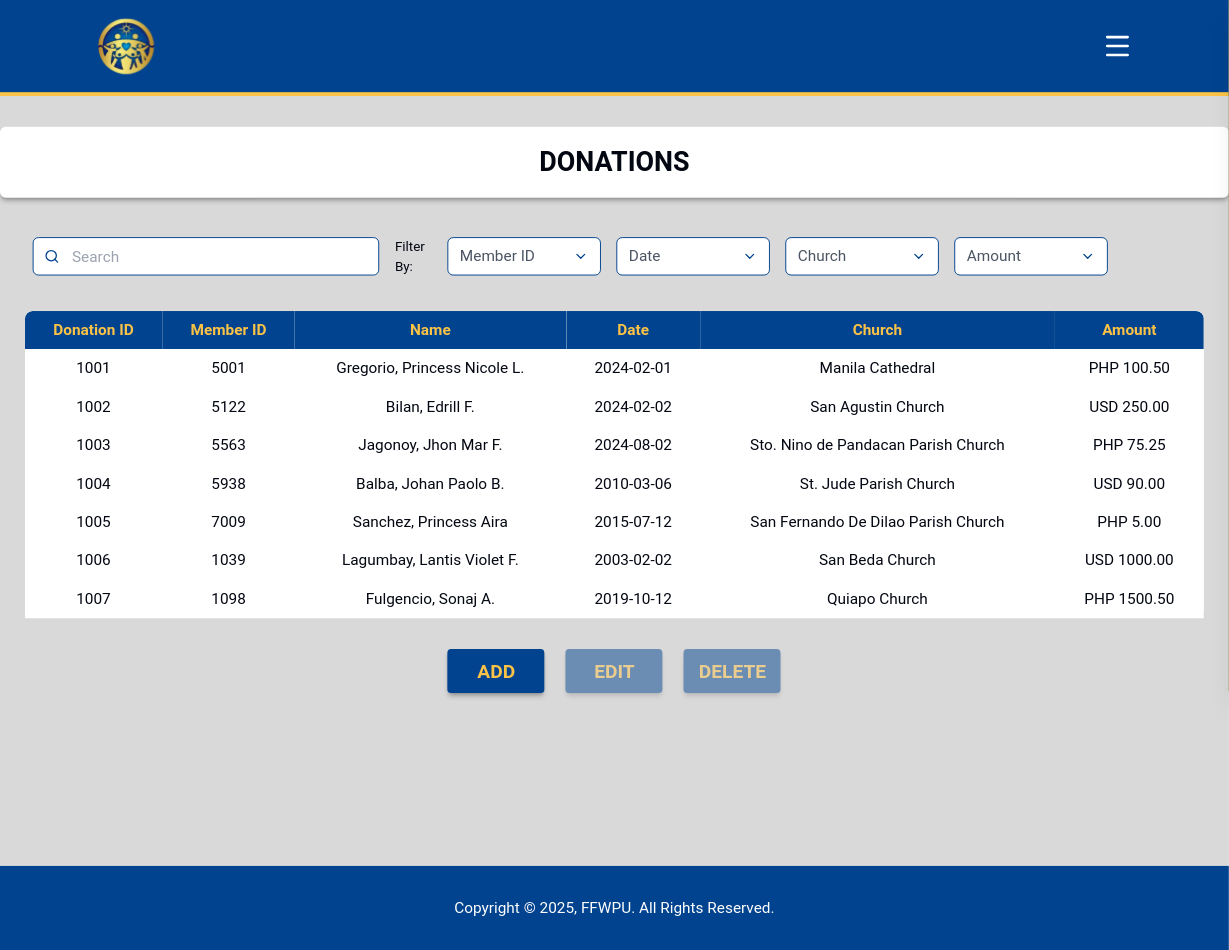
Repository: CoderTofu/FFWPU_System
Page: /donation
These files come from the project's save history. The page is drawn as it stood at one moment and after the next save; the edit follows.
The browser window is 1280 px wide. The pictures show the whole page, at 96% of full size.
The project was rebuilt for these pictures with package versions that can differ from the ones it lists, and the page was loaded fresh each time. The framework's server and built-in components were replaced by stand-ins that run in the browser. Also part of the build but not shown: next.config.ts, src/components/NavbarPublic.tsx, src/components/FooterPublic.tsx, src/lib/utils.ts, src/components/ui/dialog.tsx, src/components/ui/button.tsx, src/components/Modal.tsx.

Above is the page before, as saved 2025-03-07 07:21:10.

### src/app/layout.tsx
import type { Metadata } from "next";
import "./globals.css";
import Preloader from "../components/Preloader";
import LayoutWrapper from "@/components/LayoutWrapper";

export const metadata: Metadata = {
  title: "FFWPU-System",
  description: "Created to help the FFWPU organization",
};

export default function RootLayout({
  children,
}: Readonly<{ children: React.ReactNode }>) {
  return (
    <html lang="en">
      <link rel="icon" href="/icons/ffwpu_icon.svg" sizes="any" />
      <body className="antialiased min-h-screen flex flex-col bg-[#f1f1f1]">
        <Preloader />
        <LayoutWrapper>{children}</LayoutWrapper>
      </body>
    </html>
  );
}

### src/app/globals.css
@tailwind base;
@tailwind components;
@tailwind utilities;

@import url("https://fonts.googleapis.com/css2?family=Roboto:ital,wght@0,100..900;1,100..900&display=swap");

:root {
  --roboto-font: "Roboto", "arial";
}

* {
  font-family: var(--roboto-font);
}



@layer base {
  :root {
    --background: 0 0% 100%;
    --foreground: 224 71.4% 4.1%;
    --card: 0 0% 100%;
    --card-foreground: 224 71.4% 4.1%;
    --popover: 0 0% 100%;
    --popover-foreground: 224 71.4% 4.1%;
    --primary: 220.9 39.3% 11%;
    --primary-foreground: 210 20% 98%;
    --secondary: 220 14.3% 95.9%;
    --secondary-foreground: 220.9 39.3% 11%;
    --muted: 220 14.3% 95.9%;
    --muted-foreground: 220 8.9% 46.1%;
    --accent: 220 14.3% 95.9%;
    --accent-foreground: 220.9 39.3% 11%;
    --destructive: 0 84.2% 60.2%;
    --destructive-foreground: 210 20% 98%;
    --border: 220 13% 91%;
    --input: 220 13% 91%;
    --ring: 224 71.4% 4.1%;
    --chart-1: 12 76% 61%;
    --chart-2: 173 58% 39%;
    --chart-3: 197 37% 24%;
    --chart-4: 43 74% 66%;
    --chart-5: 27 87% 67%;
    --radius: 0.5rem;
  }
  .dark {
    --background: 224 71.4% 4.1%;
    --foreground: 210 20% 98%;
    --card: 224 71.4% 4.1%;
    --card-foreground: 210 20% 98%;
    --popover: 224 71.4% 4.1%;
    --popover-foreground: 210 20% 98%;
    --primary: 210 20% 98%;
    --primary-foreground: 220.9 39.3% 11%;
    --secondary: 215 27.9% 16.9%;
    --secondary-foreground: 210 20% 98%;
    --muted: 215 27.9% 16.9%;
    --muted-foreground: 217.9 10.6% 64.9%;
    --accent: 215 27.9% 16.9%;
    --accent-foreground: 210 20% 98%;
    --destructive: 0 62.8% 30.6%;
    --destructive-foreground: 210 20% 98%;
    --border: 215 27.9% 16.9%;
    --input: 215 27.9% 16.9%;
    --ring: 216 12.2% 83.9%;
    --chart-1: 220 70% 50%;
    --chart-2: 160 60% 45%;
    --chart-3: 30 80% 55%;
    --chart-4: 280 65% 60%;
    --chart-5: 340 75% 55%;
  }
}



@layer base {
  * {
    @apply border-border outline-ring/50;
  }
  body {
    @apply bg-background text-foreground;
  }
}

### src/components/Preloader.tsx
"use client";

import { useState, useEffect } from "react";

export default function Preloader() {
  const [loading, setLoading] = useState(true);

  useEffect(() => {
    const timer = setTimeout(() => {
      setLoading(false);
    }, 1000); // Adjust this time as needed

    return () => clearTimeout(timer);
  }, []);

  if (!loading) return null;

  return (
    <div className="fixed inset-0 z-50 flex items-center justify-center bg-white">
      <div className="h-16 w-16 animate-spin rounded-full border-4 border-solid border-primary border-t-transparent"></div>
    </div>
  );
}

### src/components/LayoutWrapper.tsx
"use client";

import { usePathname } from "next/navigation";
import NavbarPublic from "@/components/navbarPublic";
import NavbarPrivate from "@/components/navbarPrivate";
import FooterPublic from "@/components/footerPublic";
import FooterPrivate from "@/components/footerPrivate";

export default function LayoutWrapper({
  children,
}: {
  children: React.ReactNode;
}) {
  const pathname = usePathname();

  // Define private routes
  const isPublic =
    pathname.startsWith("/about") ||
    pathname.startsWith("/contact") ||
    pathname.startsWith("/login") ||
    pathname.endsWith("/"); // Home page

  return (
    <>
      {isPublic ? <NavbarPublic /> : <NavbarPrivate />}
      <main className="min-h-screen flex-grow">{children}</main>
      {isPublic ? <FooterPublic /> : <FooterPrivate />}
    </>
  );
}

### src/components/Table.tsx
"use client";  // Sabi ni chatgpt need ito hahaha

import React, { useState, useEffect, useRef } from "react";
import { useRouter } from "next/navigation";

interface TableProps {
  data: { [key: string]: any }[];
  columns: { [key in "lg" | "md" | "sm"]: string[] };
  rowDoubleClickPath?: string; // Path where the row should redirect
  onRowSelect?: (row: any | null) => void;
}

const Table: React.FC<TableProps> = ({ data, columns, rowDoubleClickPath, onRowSelect}) => {
  const [tableSize, setTableSize] = useState<"lg" | "md" | "sm">("lg");
  const [selectedRow, setSelectedRow] = useState<number | null>(null);
  const router = useRouter();
  const tableRef = useRef<HTMLDivElement>(null);

  // Automatically update table size based on screen width
  useEffect(() => {
    const updateTableSize = () => {
      const width = window.innerWidth;
      if (width >= 1024) setTableSize("lg");
      else if (width >= 768) setTableSize("md");
      else setTableSize("sm");
    };

    updateTableSize(); // Set initial size
    window.addEventListener("resize", updateTableSize);
    return () => window.removeEventListener("resize", updateTableSize);
  }, []);

  const visibleHeaders = columns[tableSize];

  {/*Handles Single Click Selection*/}
  const handleRowClick = (index: number, row: any) => {
    setSelectedRow(index);
    if (onRowSelect) {
      onRowSelect(row); // Send selected row to parent component
    }
  };

  {/*Handles Clicks Outside Rows to Deselect*/}
  useEffect(() => {
    const handleClickOutside = (event: MouseEvent) => {
      if (tableRef.current && !tableRef.current.contains(event.target as Node)) {
        setSelectedRow(null);
        if (onRowSelect) {
          onRowSelect(null); // Notify parent
        }
      }
    };

    document.addEventListener("click", handleClickOutside);
    return () => document.removeEventListener("click", handleClickOutside);
  }, []);

  {/*Handles Double Click Redirection*/}
  const handleRowDoubleClick = (row: any) => {
    if (rowDoubleClickPath) {
      router.push(`${rowDoubleClickPath}/${row.ID}`); // Redirect with ID in URL
    }
  };

  return (
    <div ref={tableRef} className="overflow-x-auto min-h-[300px] max-h-[450px] overflow-y-auto rounded-lg">
      <table className="min-w-full border-gray-300 bg-white rounded-lg">
        {/* Table Head */}
        <thead className="bg-gray-200 sticky top-0">
          <tr className="bg-[#01438F] text-[#FCC346] cursor-pointer">
            {visibleHeaders.map((header) => (
              <th key={header} className="px-4 py-2 text-center top-0">
                {header}
              </th>
            ))}
          </tr>
        </thead>

        {/* Table Body */}
        <tbody>
          {data.map((row, index) => (
            <tr key={index} className={`cursor-pointer transition
              ${selectedRow === index ? "bg-[#E7E6E6]" : "hover:bg-[#E7E6E6]"}`}
            onClick={() => handleRowClick(index, row)}
            onDoubleClick={() => handleRowDoubleClick(row)}>
              {visibleHeaders.map((header) => (
                <td key={header} className="px-4 py-2 text-center">
                  {row[header] ?? "-"}
                </td>
              ))}
            </tr>
          ))}
        </tbody>
      </table>
    </div>
  );
};

export default Table;

### src/components/DonationModals.tsx
// DonationModals.tsx
"use client";
import { useRef, useEffect, useState } from "react";
import { ChevronDown, Search } from "lucide-react";

interface DataItem {
  "Donation ID": number;
  "Member ID": number;
  Name: string;
  Date: string;
  Church: string;
  Amount: string;
}

interface FilterDropdownProps {
  handleSort: (key: keyof DataItem, order: "asc" | "desc" | "USD" | "PHP" | "ALL") => void;
  selectedCurrency: string | null;
  setSelectedCurrency: (currency: string | null) => void;
  openSortDropdown: string | null;
  openCurrencyDropdown: boolean;
  toggleSortDropdown: (dropdown: string | null) => void;
  setOpenCurrencyDropdown: (open: boolean) => void;
}

export default function DonationModals({
  handleSort,
  selectedCurrency,
  setSelectedCurrency,
  openSortDropdown,
  openCurrencyDropdown,
  toggleSortDropdown,
  setOpenCurrencyDropdown,
}: FilterDropdownProps) {
  const dropdownRef = useRef<HTMLDivElement>(null);
  const [selectedFilters, setSelectedFilters] = useState<{ [key: string]: string }>({});

  useEffect(() => {
    const handleClickOutside = (event: MouseEvent) => {
      if (dropdownRef.current && !dropdownRef.current.contains(event.target as Node)) {
        toggleSortDropdown(null);
        setOpenCurrencyDropdown(false);
      }
    };
    document.addEventListener("mousedown", handleClickOutside);
    return () => document.removeEventListener("mousedown", handleClickOutside);
  }, [toggleSortDropdown, setOpenCurrencyDropdown]);

  const filterKeyMap: { [key: string]: keyof DataItem } = {
    "Member ID": "Member ID",
    Date: "Date",
    Church: "Church",
    Amount: "Amount",
  };

  return (
    <div className="flex items-center gap-4 w-full flex-wrap sm:flex-nowrap">
      <div className="relative w-auto sm:w-[250px] md:w-[300px] lg:w-[500px]">
        <Search className="absolute left-3 top-1/2 transform -translate-y-1/2 w-4 h-4 text-[#01438F]" />
        <input
          className="w-full h-10 pl-10 border border-[#01438F] rounded-md outline-none"
          type="text"
          placeholder="Search"
        />
      </div>

      <span className="text-[14px]">Filter By:</span>

      <div ref={dropdownRef} className="flex items-center gap-4">
        {["Member ID", "Date", "Church"].map((filter) => (
          <div key={filter} className="relative">
            <button
              onClick={() => toggleSortDropdown(openSortDropdown === filter ? null : filter)}
              className="w-[120px] md:w-[140px] lg:w-[160px] h-10 border border-[#01438F] rounded-md px-3 outline-none bg-white text-gray-600 flex justify-between items-center"
            >
              {filter}
              <ChevronDown className="w-4 h-4 text-[#01438F]" />
            </button>

            {openSortDropdown === filter && (
              <div className="absolute mt-1 w-full bg-white border border-[#01438F] rounded-md shadow-md z-10">
                <label className="flex items-center px-3 py-2 hover:bg-gray-200 hover:rounded-sm">
                  <input
                    type="radio"
                    name={filter}
                    className="mr-2"
                    checked={selectedFilters[filter] === "Ascending"}
                    onChange={() => {
                      setSelectedFilters({ ...selectedFilters, [filter]: "Ascending" });
                      handleSort(filterKeyMap[filter], "asc");
                      toggleSortDropdown(null);
                    }}
                  />
                  Ascending
                </label>
                <label className="flex items-center px-3 py-2 hover:bg-gray-200 hover:rounded-sm">
                  <input
                    type="radio"
                    name={filter}
                    className="mr-2"
                    checked={selectedFilters[filter] === "Descending"}
                    onChange={() => {
                      setSelectedFilters({ ...selectedFilters, [filter]: "Descending" });
                      handleSort(filterKeyMap[filter], "desc");
                      toggleSortDropdown(null);
                    }}
                  />
                  Descending
                </label>
              </div>
            )}
          </div>
        ))}

        <div className="relative">
          <button
            onClick={() => setOpenCurrencyDropdown(!openCurrencyDropdown)}
            className="w-[120px] md:w-[140px] lg:w-[160px] h-10 border border-[#01438F] rounded-md px-3 outline-none bg-white text-gray-600 flex justify-between items-center"
          >
            Amount
            <ChevronDown className="w-4 h-4 text-[#01438F]" />
          </button>

          {openCurrencyDropdown && (
            <div className="absolute mt-1 w-full bg-white border border-[#01438F] rounded-md shadow-md z-10">
              <label className="flex items-center px-3 py-2 hover:bg-gray-200 hover:rounded-sm">
                <input
                  type="radio"
                  name="currency"
                  className="mr-2"
                  checked={selectedCurrency === "USD"}
                  onChange={() => {
                    setSelectedCurrency("USD");
                    handleSort("Amount", "USD");
                    setOpenCurrencyDropdown(false);
                  }}
                />
                USD
              </label>
              <label className="flex items-center px-3 py-2 hover:bg-gray-200 hover:rounded-sm">
                <input
                  type="radio"
                  name="currency"
                  className="mr-2"
                  checked={selectedCurrency === "PHP"}
                  onChange={() => {
                    setSelectedCurrency("PHP");
                    handleSort("Amount", "PHP");
                    setOpenCurrencyDropdown(false);
                  }}
                />
                PHP
              </label>
              <label className="flex items-center px-3 py-2 hover:bg-gray-200 hover:rounded-sm">
                <input
                  type="radio"
                  name="currency"
                  className="mr-2"
                  checked={selectedCurrency === null}
                  onChange={() => {
                    setSelectedCurrency(null);
                    handleSort("Amount", "ALL");
                    setOpenCurrencyDropdown(false);
                  }}
                />
                All
              </label>
            </div>
          )}
        </div>
      </div>
    </div>
  );
}

### src/components/NavbarPrivate.tsx
/* eslint-disable @next/next/no-img-element */
"use client";

import { useState, useEffect } from "react";
import { Menu, X, ArrowRight, CircleUserRound } from "lucide-react"; // Added more icons

export default function NavbarPublic() {
  const [isSidebarOpen, setIsSidebarOpen] = useState(false);

  // Prevent scrolling when sidebar is open
  useEffect(() => {
    if (isSidebarOpen) {
      document.body.style.overflow = "hidden";
    } else {
      document.body.style.overflow = "unset";
    }
    return () => {
      document.body.style.overflow = "unset";
    };
  }, [isSidebarOpen]);

  const navItems = [
    { name: "Member Information", href: "/member" },
    { name: "Worship Event", href: "/worship" },
    { name: "Blessings Management", href: "/blessing" },
    { name: "Donations", href: "/donation" },
    { name: "Reporting", href: "/reporting" },
    { name: "CMS", href: "/cms" },
  ];

  return (
    <div className="bg-[#01438F] border-b-4 border-[#FCC346] text-white p-4 px-[100px] min-h-[100px] flex justify-between items-center">
      {/* Logo */}
      <div className="flex gap-4 items-center">
        <a href={"/"}>
          <img
            src="/icons/ffwpu_icon.svg"
            className="h-full w-auto"
            alt="Site Icon"
          />
        </a>
      </div>

      {/* Mobile Menu Button */}
      <button
        className="transition-transform duration-200 ease-in-out hover:scale-110"
        onClick={() => setIsSidebarOpen(true)}
      >
        <Menu className="w-8 h-8" />
      </button>

      {/* Sidebar (Mobile Navigation) */}
      <div
        className={`z-50 fixed top-0 right-0 w-64 h-full ${
          isSidebarOpen ? "translate-x-0" : "translate-x-full"
        } bg-[#01438F] shadow-xl p-6 flex flex-col gap-6 text-lg transition-all duration-300 border-yellow-400 border-l-8`}
      >
        <div className="flex justify-between items-center mb-8">
          <h2 className="text-2xl font-bold text-yellow-400">FFWPU</h2>
          <button
            className="transition-transform duration-200 ease-in-out hover:scale-110 hover:rotate-90"
            onClick={() => setIsSidebarOpen(false)}
          >
            <X className="w-8 h-8" />
          </button>
        </div>

        <div className="flex flex-col justify-center items-center">
          <CircleUserRound className="w-28 h-28" />
          <h3 className="mt-1 text-xl font-light italic text-center">
            Welcome, <br />
            Admin!
          </h3>
        </div>

        {navItems.map((item, index) => (
          <a
            key={item.name + index}
            className="flex items-center hover:bg-blue-700 p-2 rounded-md transition-all duration-200 hover:translate-x-2 text-base"
            href={item.href}
            onClick={() => setIsSidebarOpen(false)}
          >
            {item.name}
          </a>
        ))}

        <a
          href={"/"}
          className="mt-auto transition-all duration-200 hover:scale-110 justify-center items-center flex "
        >
          <ArrowRight className="w-12 h-12" />
        </a>
      </div>

      {/* Overlay */}
      {isSidebarOpen && (
        <div
          className="fixed inset-0 bg-black bg-opacity-50 z-40 transition-opacity duration-300 ease-in-out"
          onClick={() => setIsSidebarOpen(false)}
        />
      )}
    </div>
  );
}

### src/components/FooterPrivate.tsx
export default function FooterPrivate() {
  return (
    <div className="bg-[#01438F] text-white p-8 text-center">
      Copyright © 2025, FFWPU. All Rights Reserved.
    </div>
  );
}

### tailwind.config.ts
import type { Config } from "tailwindcss";

export default {
    darkMode: ["class"],
    content: [
    "./src/pages/**/*.{js,ts,jsx,tsx,mdx}",
    "./src/components/**/*.{js,ts,jsx,tsx,mdx}",
    "./src/app/**/*.{js,ts,jsx,tsx,mdx}",
    "./src/components/*.{js,ts,jsx,tsx,mdx}",
  ],
  theme: {
  	extend: {
  		borderRadius: {
  			lg: 'var(--radius)',
  			md: 'calc(var(--radius) - 2px)',
  			sm: 'calc(var(--radius) - 4px)'
  		},
  		colors: {
  			background: 'hsl(var(--background))',
  			foreground: 'hsl(var(--foreground))',
  			card: {
  				DEFAULT: 'hsl(var(--card))',
  				foreground: 'hsl(var(--card-foreground))'
  			},
  			popover: {
  				DEFAULT: 'hsl(var(--popover))',
  				foreground: 'hsl(var(--popover-foreground))'
  			},
  			primary: {
  				DEFAULT: 'hsl(var(--primary))',
  				foreground: 'hsl(var(--primary-foreground))'
  			},
  			secondary: {
  				DEFAULT: 'hsl(var(--secondary))',
  				foreground: 'hsl(var(--secondary-foreground))'
  			},
  			muted: {
  				DEFAULT: 'hsl(var(--muted))',
  				foreground: 'hsl(var(--muted-foreground))'
  			},
  			accent: {
  				DEFAULT: 'hsl(var(--accent))',
  				foreground: 'hsl(var(--accent-foreground))'
  			},
  			destructive: {
  				DEFAULT: 'hsl(var(--destructive))',
  				foreground: 'hsl(var(--destructive-foreground))'
  			},
  			border: 'hsl(var(--border))',
  			input: 'hsl(var(--input))',
  			ring: 'hsl(var(--ring))',
  			chart: {
  				'1': 'hsl(var(--chart-1))',
  				'2': 'hsl(var(--chart-2))',
  				'3': 'hsl(var(--chart-3))',
  				'4': 'hsl(var(--chart-4))',
  				'5': 'hsl(var(--chart-5))'
  			}
  		}
  	}
  },
  plugins: [require("tailwindcss-animate")],
} satisfies Config;

Loaded but not shown: src/app/(private)/donation/page.tsx (178 lines, source omitted)

After the next save:
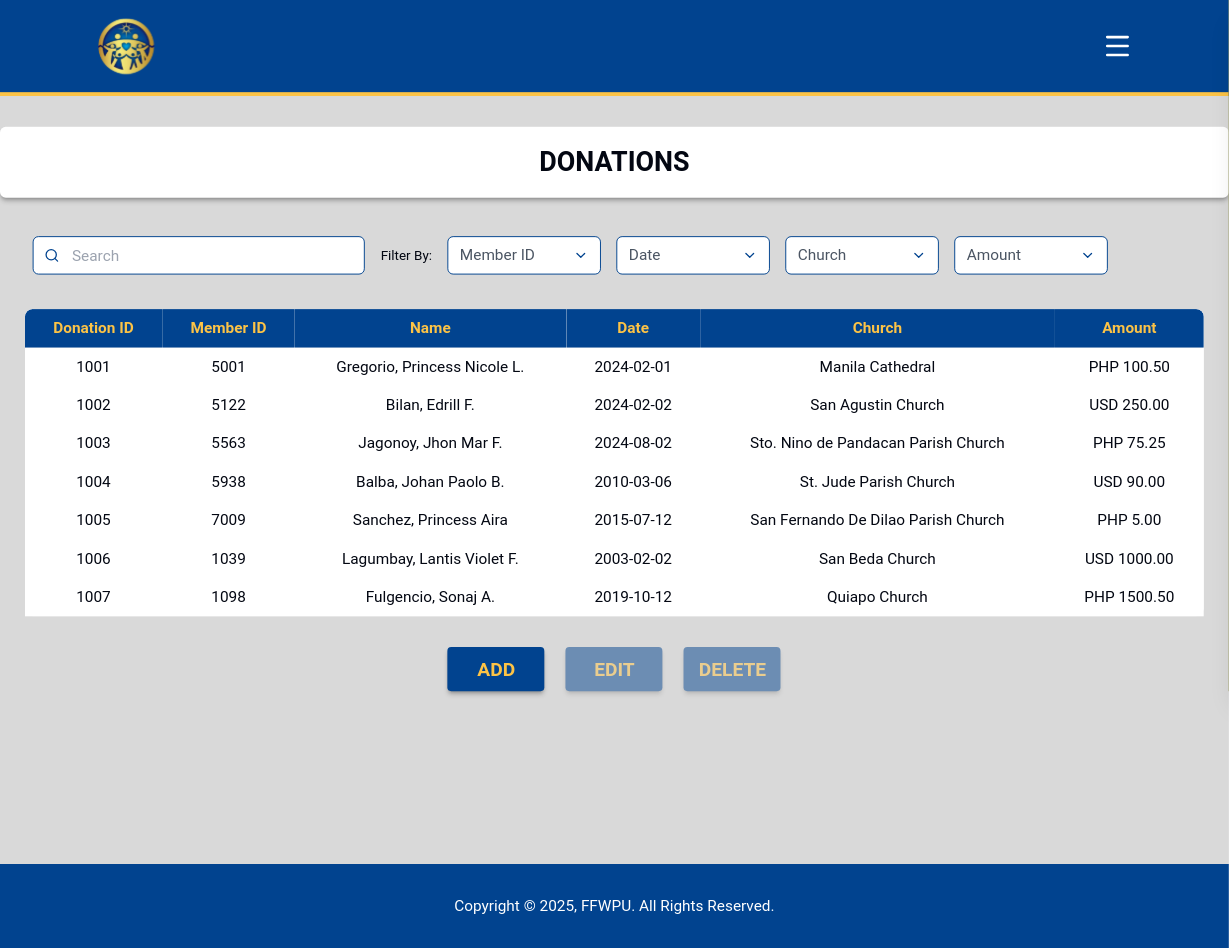
Saved 27 s later.
--- a/src/components/DonationModals.tsx
+++ b/src/components/DonationModals.tsx
@@ -63,7 +63,7 @@
         />
       </div>
 
-      <span className="text-[14px]">Filter By:</span>
+      <span className="text-[14px] flex-none">Filter By:</span>
 
       <div ref={dropdownRef} className="flex items-center gap-4">
         {["Member ID", "Date", "Church"].map((filter) => (
